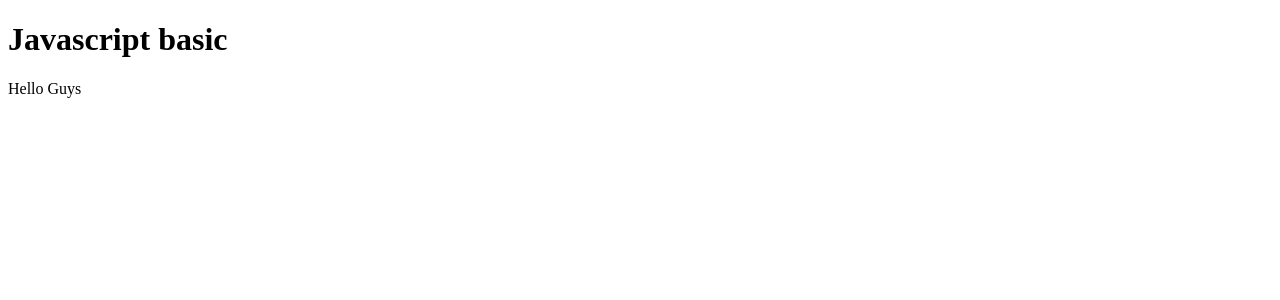
Repository: lt-chinh098406/MusicPlayer
Page: index.html
An editor plug-in stored every save of this project. The page is shown before and after the next save, followed by the edit.
The browser window is 1280 px wide. The pictures show the whole page.

Above is the page before, as saved 2021-11-06 15:28:23.

After the next save:
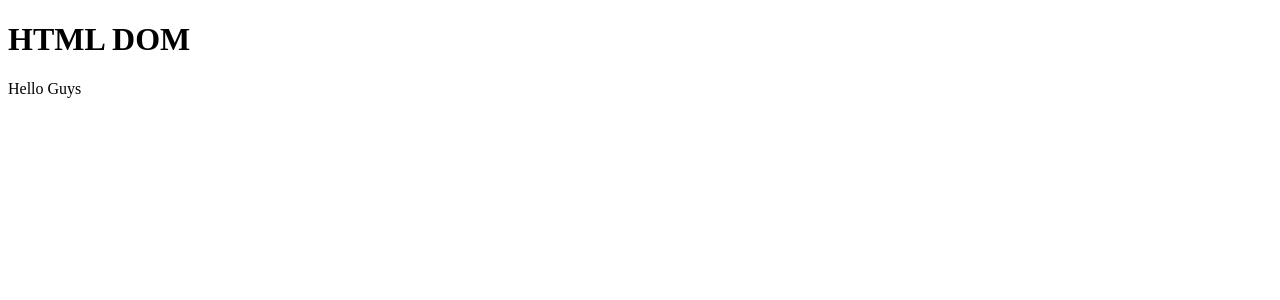
Saved 8 min 33 s later.
--- a/index.html
+++ b/index.html
@@ -1,13 +1,13 @@
 <!DOCTYPE html>
 <html lang="en">
-  <head>
-    <meta charset="UTF-8" />
-    <meta http-equiv="X-UA-Compatible" content="IE=edge" />
-    <meta name="viewport" content="width=device-width, initial-scale=1.0" />
-    <title>Document</title>
-  </head>
-  <body>
-    <h1>Javascript basic</h1>
-    <script src="./main.js"></script>
-  </body>
+<head>
+  <meta charset="UTF-8">
+  <meta http-equiv="X-UA-Compatible" content="IE=edge">
+  <meta name="viewport" content="width=device-width, initial-scale=1.0">
+  <title>HTML DOM</title>
+</head>
+<body>
+  <h1>HTML DOM</h1>
+</body>
+<script src="main.js"></script>
 </html>
